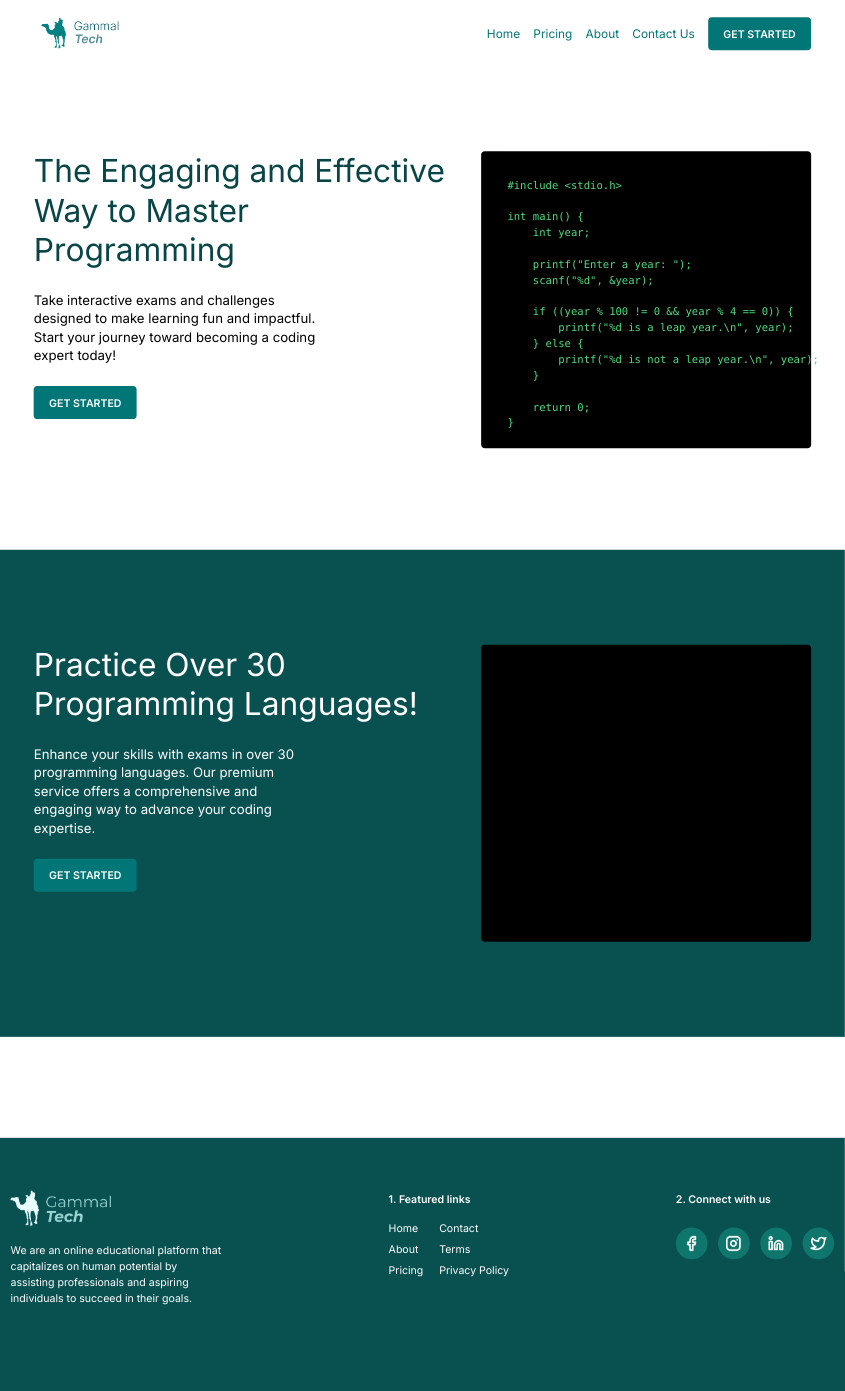
Repository: Ahmed77669/Internship-test
Page: /
These files come from the project's save history. The page is drawn as it stood at one moment and after the next save; the edit follows.
The browser window is 1280 px wide. The pictures show the whole page, at 66% of full size.
The project was rebuilt for these pictures with package versions that can differ from the ones it lists, and the page was loaded fresh each time. The framework's server and built-in components were replaced by stand-ins that run in the browser. Also part of the build but not shown: next.config.mjs.

Above is the page before, as saved 2024-10-13 18:21:41.

### app/layout.tsx
import type { Metadata } from "next";
import localFont from "next/font/local";
import "./globals.css";
import NavBarHome from "@/components/Navbar";
import { Inter } from "next/font/google";
import Footer from "@/components/Footer/Footer";

const inter = Inter({
  subsets: ["latin"],
});
const geistSans = localFont({
  src: "./fonts/GeistVF.woff",
  variable: "--font-geist-sans",
  weight: "100 900",
});
const geistMono = localFont({
  src: "./fonts/GeistMonoVF.woff",
  variable: "--font-geist-mono",
  weight: "100 900",
});

export const metadata: Metadata = {
  title: "Create Next App",
  description: "Generated by create next app",
};

export default function RootLayout({
  children,
}: Readonly<{
  children: React.ReactNode;
}>) {
  return (
    <html lang="en">
      <body
        className={`${geistSans.variable} ${geistMono.variable} antialiased ${inter.className}`}
      >
        <NavBarHome />
        {children}
        <Footer />
      </body>
    </html>
  );
}

### app/page.tsx
import NavBarHome from "@/components/Navbar";
import Home_1 from "@/components/Home_1";
import Image from "next/image";

export default function Home() {
  return (
      <main>
        <Home_1 />
      </main>

  );
}

### app/globals.css
@tailwind base;
@tailwind components;
@tailwind utilities;

:root {
  --background: #ffffff;
  /* --foreground: #171717; */
}

@media (prefers-color-scheme: dark) {
  :root {
    /* --background: #0a0a0a; */
    --foreground: #ededed;
  }
}

body {
  color: var(--foreground);
  background: var(--background);
  font-family: Arial, Helvetica, sans-serif;
}

@layer utilities {
  .text-balance {
    text-wrap: balance;
  }
}

### components/Navbar.tsx
"use client";
import React, { useState, useRef, useEffect } from "react";
import GT_logo from "@/public/Component 6.png";
import Link from "next/link";
import { Inter } from "next/font/google";
import Image from "next/image";
import { useRouter } from "next/navigation";

const inter = Inter({
  subsets: ["latin"],
  weight: ["100", "200", "300", "400", "500", "600", "700"],
});

const NavBarHome = () => {
  const [isOpen, setIsOpen] = useState(false);
  const menuRef = useRef(null);
  const router = useRouter();

  const route = (page: string) => {
    router.push(page);
  };

  const handleOutsideClick = (event: { target: any; }) => {
    if (menuRef.current && !menuRef.current.contains(event.target)) {
      setIsOpen(false);
    }
  };

  useEffect(() => {
    document.addEventListener("mousedown", handleOutsideClick);
    return () => {
      document.removeEventListener("mousedown", handleOutsideClick);
    };
  }, []);

  const toggleMenu = () => {
    setIsOpen((prev) => !prev);
  };

  return (
    <div className={`py-5 container mx-auto ${inter.className} w-[92%]`}>
      <nav className="relative">
        <ul className="flex justify-between items-center">
          <li className="min-w-[152px]">
            <Link href="/">
              <Image
                src={GT_logo}
                alt="Gammal Tech Logo"
                width={130}
                className="cursor-pointer"
              />
            </Link>
          </li>
          <div className="hidden md:flex space-x-5">
            <Link href="/" className="text-[#007676] text-[18px] font-normal flex items-center">Home</Link>
            <Link href="/pricing" className="text-[#007676] text-[18px] font-normal flex items-center">Pricing</Link>
            {/* <Link href="/contests" className="text-[#007676] text-[18px] font-normal flex items-center">Contests</Link> */}
            {/* <Link href="/ai-challenge" className="text-[#007676] text-[18px] font-normal flex items-center">AI Challenge</Link> */}
            {/* <Link href="/rank" className="text-[#007676] text-[18px] font-normal flex items-center">Rank</Link> */}
            <Link href="/about" className="text-[#007676] text-[18px] font-normal flex items-center">About</Link>
            <Link href="/about" className="text-[#007676] text-[18px] font-normal flex items-center">Contact Us</Link>

            <button
              onClick={() => route("/")}
              className="bg-[#007676] text-white rounded-md w-[156px] h-[50px] text-[16px] font-semibold  py-1 px-3 transition-all duration-300 ease-in-out hover:bg-[#005555] hover:shadow-lg"
            >
              GET STARTED
            </button>

          </div>
          <div className="md:hidden flex items-center">
            <button onClick={toggleMenu} className="text-[#007676] focus:outline-none">
              {/* {isOpen ? (
                <FaTimes className="text-2xl" />
              ) : (
                <FaBars className="text-2xl" />
              )} */}
            </button>
          </div>
        </ul>

        {isOpen && (
          <div
            ref={menuRef}
            className="absolute right-0 mt-2 w-48 bg-white shadow-lg rounded-lg z-20 transition-transform transform origin-top-right scale-100 mx-4"
          >
            <div className="flex flex-col">
              <Link
                href="/"
                className="text-[#007676] text-lg font-semibold hover:bg-[#f0f0f0] transition duration-200 p-3 rounded-lg"
                onClick={() => setIsOpen(false)}
              >
                Home
              </Link>
              <Link
                href="/pricing"
                className="text-[#007676] text-lg font-semibold hover:bg-[#f0f0f0] transition duration-200 p-3 rounded-lg"
                onClick={() => setIsOpen(false)}
              >
                Pricing
              </Link>
              <Link
                href="/contests"
                className="text-[#007676] text-lg font-semibold hover:bg-[#f0f0f0] transition duration-200 p-3 rounded-lg"
                onClick={() => setIsOpen(false)}
              >
                Contests
              </Link>
              <Link
                href="/ai-challenge"
                className="text-[#007676] text-lg font-semibold hover:bg-[#f0f0f0] transition duration-200 p-3 rounded-lg"
                onClick={() => setIsOpen(false)}
              >
                AI Challenge
              </Link>
              <Link
                href="/rank"
                className="text-[#007676] text-lg font-semibold hover:bg-[#f0f0f0] transition duration-200 p-3 rounded-lg"
                onClick={() => setIsOpen(false)}
              >
                Rank
              </Link>
              <Link
                href="/about"
                className="text-[#007676] text-lg font-semibold hover:bg-[#f0f0f0] transition duration-200 p-3 rounded-lg"
                onClick={() => setIsOpen(false)}
              >
                About Us
              </Link>
            </div>
          </div>
        )}
      </nav>
    </div>
  );
};

export default NavBarHome;

### components/Footer/Footer.tsx
import React from 'react';
import Image from "next/image";
import footerLogo from "@/public/gammalTech-logos/footer-logo.png";
import Link from 'next/link';
import linkdin from "@/public/socialmediaIcons/linkdin.png";
import facebook from "@/public/socialmediaIcons/Facebook.png";
import instagram from "@/public/socialmediaIcons/Instagram.png";
import twitter from "@/public/socialmediaIcons/Twitter.png";

const Footer = () => {
  return (

      <section className= "bg-[#095051] py-20 min-h-96 h-auto">
        <div className="container mx-auto px-4 ">
          <div className="flex justify-between flex-wrap ">
            <div className='mb-10'>
              <div className="mb-6">
                <Image src={footerLogo} alt='Gammal Tech Logo' width={152} />
              </div>
              <div className="text-white w-80">
                We are an online educational platform that capitalizes on human potential by assisting professionals and aspiring individuals to succeed in their goals.
              </div>
            </div>

            <div className="text-white flex flex-col mb-10">
              <p className="font-semibold mb-5">1. Featured links</p>
              <div className="flex justify-between ">
                <div className="space-y-2 mr-6">
                  <p className='cursor-pointer'>Home</p>
                  <p className='cursor-pointer'>About</p>
                  <p className='cursor-pointer'>Pricing</p>
                </div>
                <div className="space-y-2">
                  <p className='cursor-pointer'>Contact</p>
                  <p className='cursor-pointer'>Terms</p>
                  <p className='cursor-pointer'>Privacy Policy</p>
                </div>
              </div>
            </div>

            <div>
              <p className="text-white font-semibold mb-8">2. Connect with us</p>
              <div className="flex space-x-4">
                <Link href="https://www.facebook.com/gammal.tech/?locale=ar_AR" passHref target='_blank'>
                  <div className="w-12 h-12 bg-teal-700 rounded-full flex items-center justify-center cursor-pointer">
                    <Image src={facebook} alt='Facebook Logo' />
                  </div>
                </Link>
                <Link href="https://www.instagram.com/gammal.tech/?hl=ar" passHref target='_blank'>
                  <div className="w-12 h-12 bg-teal-700 rounded-full flex items-center justify-center cursor-pointer">
                    <Image src={instagram} alt='Instagram Logo' />
                  </div>
                </Link>
                <Link href="https://www.linkedin.com/company/gammal-tech/" passHref target='_blank'>
                  <div className="w-12 h-12 bg-teal-700 rounded-full flex items-center justify-center cursor-pointer">
                    <Image src={linkdin} alt='LinkedIn Logo' />
                  </div>
                </Link>
                <Link href="https://x.com/gammaltech?lang=ar" passHref target='_blank'>
                  <div className="w-12 h-12 bg-teal-700 rounded-full flex items-center justify-center cursor-pointer">
                    <Image src={twitter} alt='Twitter Logo' />
                  </div>
                </Link>
              </div>
            </div>
          </div>
        </div>
      </section>
  );
};

export default Footer;

### components/Home_1.tsx
import React from 'react'
import Image from 'next/image'
import lang from "@/public/landingPage-photos/lang.png"

const Home = () => {
  return (
    <section className='mt-32'>
        <div className="w-[92%]  container mx-auto flex justify-between flex-wrap">
            <div className='w-[640px]'>
                <div className="text-[#094546] text-5xl w-full leading-[60px]">The Engaging and Effective Way to Master Programming</div>

                    <p className='text-black w-2/3 text-xl mt-8'>
                    Take interactive exams and challenges designed to make learning fun and impactful. Start your journey toward becoming a coding expert today!
                    </p>

                <button
              // onClick={() => route("/")}
              className="bg-[#007676] text-white rounded-md w-[156px] h-[50px] text-[16px] font-semibold  py-1 px-3 transition-all duration-300 ease-in-out hover:bg-[#005555] hover:shadow-lg mt-8"
            >
              GET STARTED
            </button>
            </div>
            <div className='bg-black rounded-md w-[500px] h-[450px] p-10 flex flex-wrap'>


              <pre className='text-[#4ADE80]'>
              {`#include <stdio.h>

int main() {
    int year;

    printf("Enter a year: ");
    scanf("%d", &year);

    if ((year % 100 != 0 && year % 4 == 0)) {
        printf("%d is a leap year.\\n", year);
    } else {
        printf("%d is not a leap year.\\n", year);
    }

    return 0;
}`}

               </pre>
               </div>

        </div>
<div className='bg-[#095051] mt-[12%] mb-[12%] py-36'>

<div className="w-[92%]  container mx-auto flex justify-between flex-wrap">
            <div className='w-[640px]'>
                <div className="text-white text-5xl w-full leading-[60px]">Practice Over 30 Programming Languages!</div>

                    <p className='text-white w-2/3 text-xl mt-8'>
                    Enhance your skills with exams in over 30 programming languages. Our premium service offers a comprehensive and engaging way to advance your coding expertise.
                    </p>

                <button
              // onClick={() => route("/")}
              className="bg-[#007676] text-white rounded-md w-[156px] h-[50px] text-[16px] font-semibold  py-1 px-3 transition-all duration-300 ease-in-out hover:bg-[#005555] hover:shadow-lg mt-8"
            >
              GET STARTED
            </button>
            </div>
            <div className='bg-black rounded-md w-[500px] h-[450px] p-10 flex flex-wrap'>

              <Image />
               </div>

        </div>
</div>

    </section>
  )
}

export default Home

Loaded but not shown: tailwind.config.ts (common file)

After the next save:
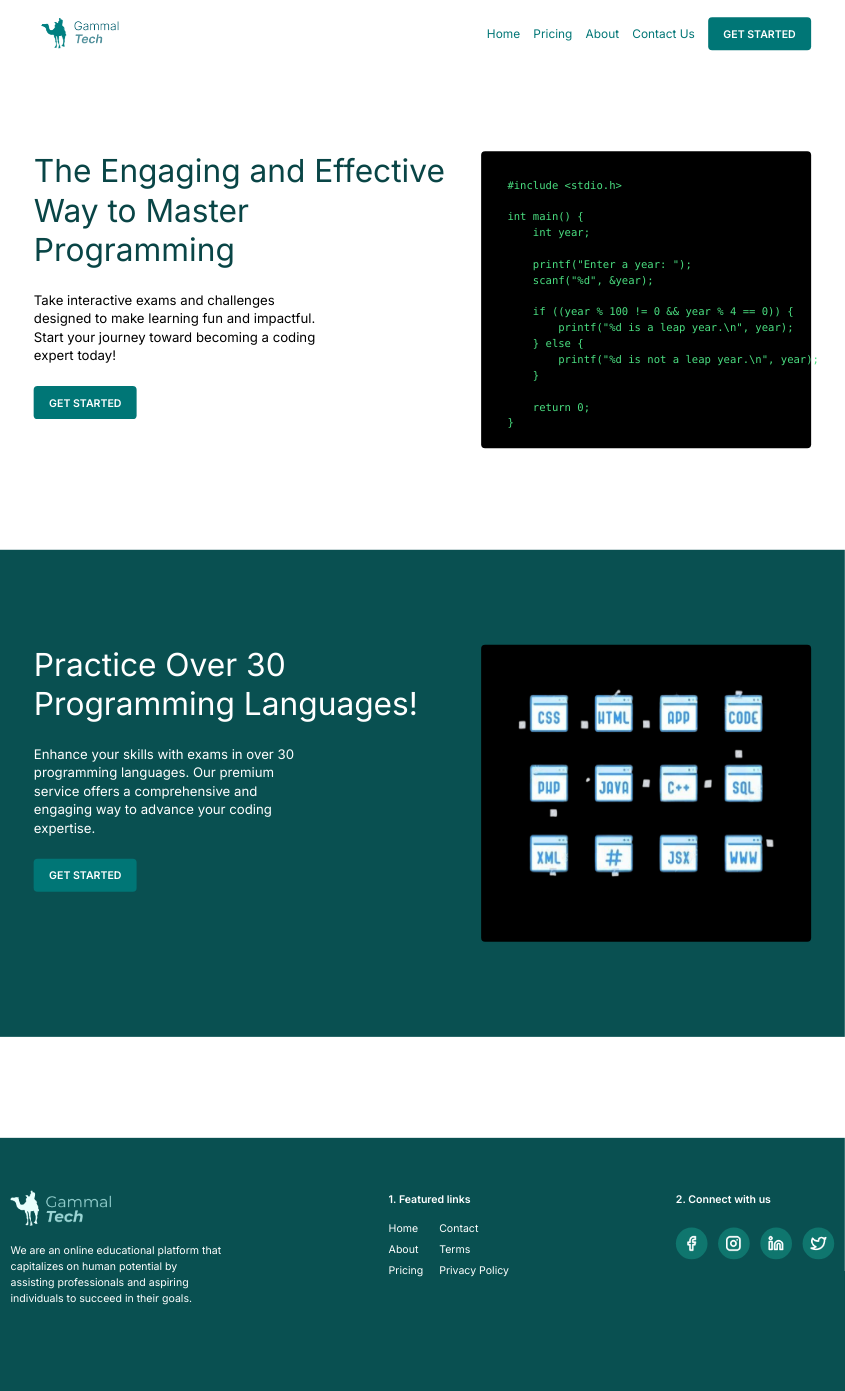
Saved 31 s later.
--- a/components/Home_1.tsx
+++ b/components/Home_1.tsx
@@ -64,7 +64,7 @@
             </div>
             <div className='bg-black rounded-md w-[500px] h-[450px] p-10 flex flex-wrap'>
 
-              <Image />
+              <Image src={lang} alt='programming languages photo'/>
                </div>
 
         </div>
